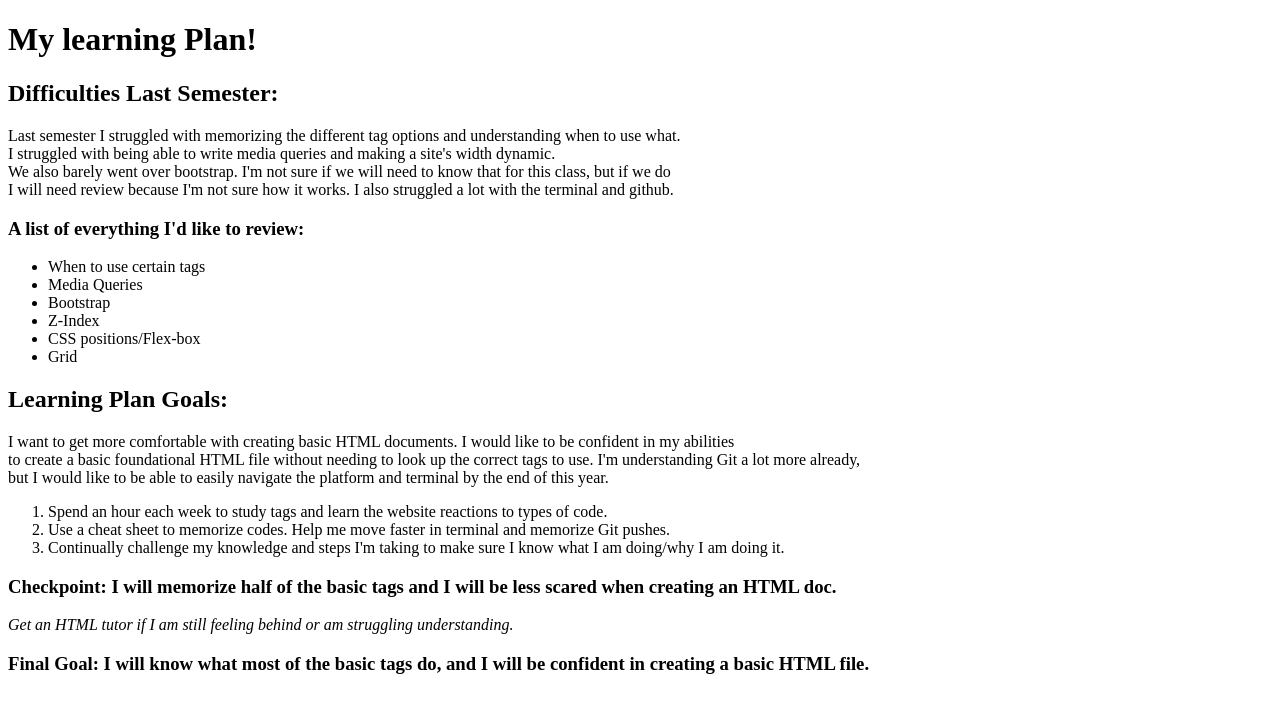
Repository: awollf/mdia-2109
Page: learning-plan.html
An editor plug-in stored every save of this project. The page is shown before and after the next save, followed by the edit.
The browser window is 1280 px wide. The pictures show the whole page.

Above is the page before, as saved 2026-01-26 12:17:41.

### learning-plan.html
<!DOCTYPE html>
<html lang="en">
<head>
    <meta charset="UTF-8">
    <meta name="viewport" content="width=device-width, initial-scale=1.0">
    <title>Learning Plan</title>
</head>
<body>
    <h1>My learning Plan!</h1>

    <h2>Difficulties Last Semester:</h2>
    <p>Last semester I struggled with memorizing the different tag options and understanding when to use what.
        <br>I struggled with being able to write media queries and making a site's width dynamic.
        <br>We also barely went over bootstrap. I'm not sure if we will need to know that for this class, but if we do
        <br>I will need review because I'm not sure how it works. I also struggled a lot with the terminal and github.
    </p>

    <h3>A list of everything I'd like to review:</h3>
    <ul>
        <li>When to use certain tags</li>
        <li>Media Queries</li>
        <li>Bootstrap</li>
        <li>Z-Index</li>
        <li>CSS positions/Flex-box</li>
        <li>Grid</li>
    </ul>

    <h2>Learning Plan Goals:</h2>
    <p>I want to get more comfortable with creating basic HTML documents. I would like to be confident in my abilities
    <br>to create a basic foundational HTML file without needing to look up the correct tags to use. I'm understanding Git a lot more already,
    <br>but I would like to be able to easily navigate the platform and terminal by the end of this year. </p>

    <ol>
        <li>Spend an hour each week to study tags and learn the website reactions to types of code.</li>
        <li>Use a cheat sheet to memorize codes. Help me move faster in terminal and memorize Git pushes.</li>
        <li>Continually challenge my knowledge and steps I'm taking to make sure I know what I am doing/why I am doing it.</li>
    </ol>

    <h3>Checkpoint: I will memorize half of the basic tags and I will be less scared when creating an HTML doc.</h3>
    <em>Get an HTML tutor if I am still feeling behind or am struggling understanding.</em>

    <h3>Final Goal: I will know what most of the basic tags do, and I will be confident in creating a basic HTML file.</h3>

</body>
</html>

After the next save:
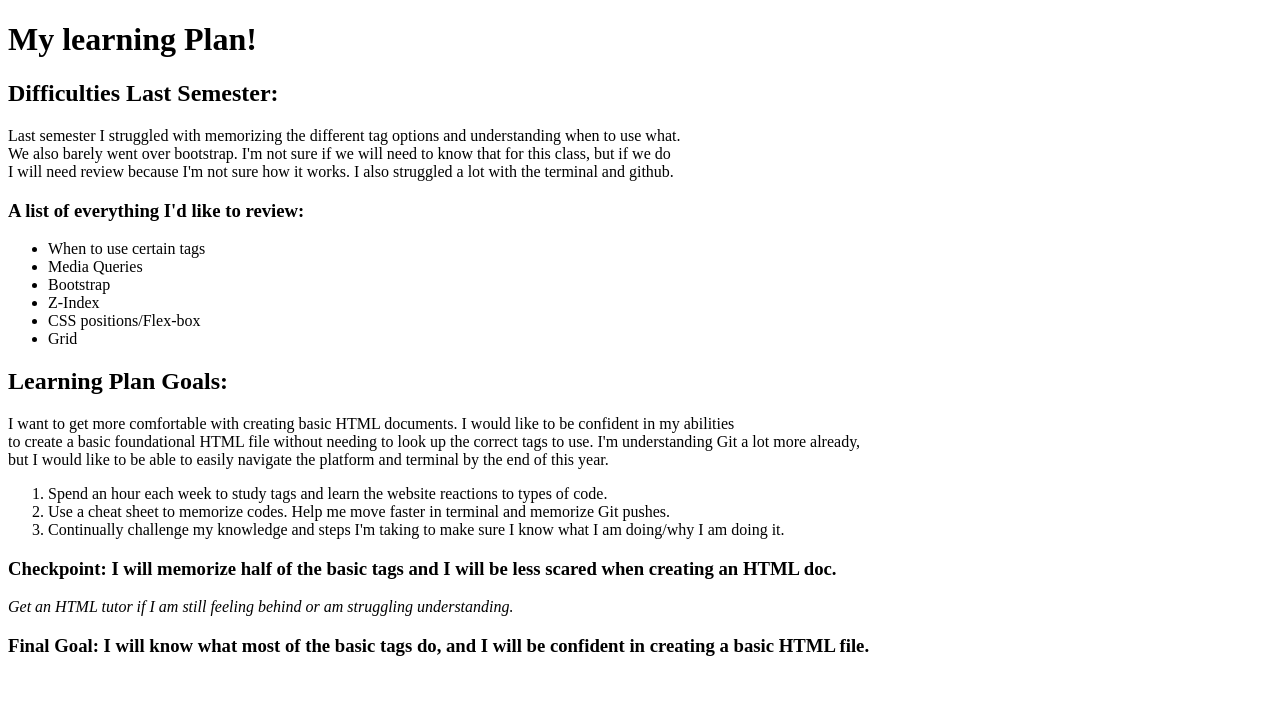
Saved 61 s later.
--- a/learning-plan.html
+++ b/learning-plan.html
@@ -10,7 +10,6 @@
 
     <h2>Difficulties Last Semester:</h2>
     <p>Last semester I struggled with memorizing the different tag options and understanding when to use what.
-        <br>I struggled with being able to write media queries and making a site's width dynamic.
         <br>We also barely went over bootstrap. I'm not sure if we will need to know that for this class, but if we do
         <br>I will need review because I'm not sure how it works. I also struggled a lot with the terminal and github.
     </p>
